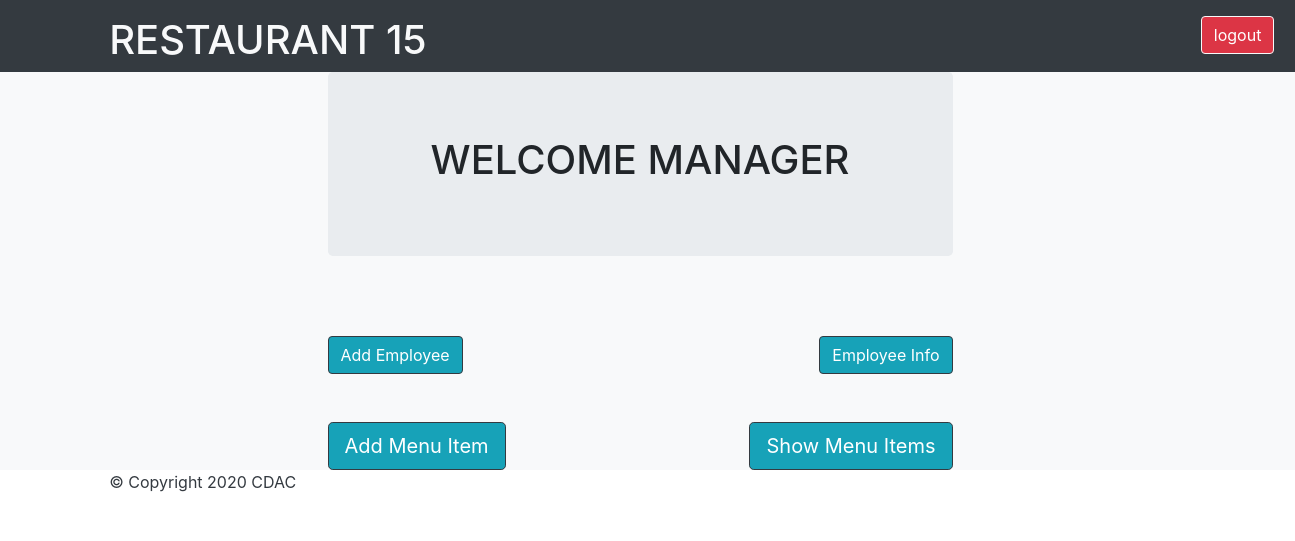
Repository: Pedaxx-IT-solution/E-Waiter-Stuff-
Page: http://localhost/ProjectEwaiter/WEB-INF/views/welcomemgr.jsp
An editor plug-in stored every save of this project. The page is shown before and after the next save, followed by the edit.
The browser window is 1280 px wide. The page is 1295 px wide, so the pictures cover 1295 px, including what lies to the right of the window. The pictures show the whole page.
The page is served by Tomcat 9. Nobody is signed in. The template is opened directly, without the code that normally fills it, so the values that code supplies are empty.

Above is the page before, as saved 2020-01-25 22:57:17.

After the next save:
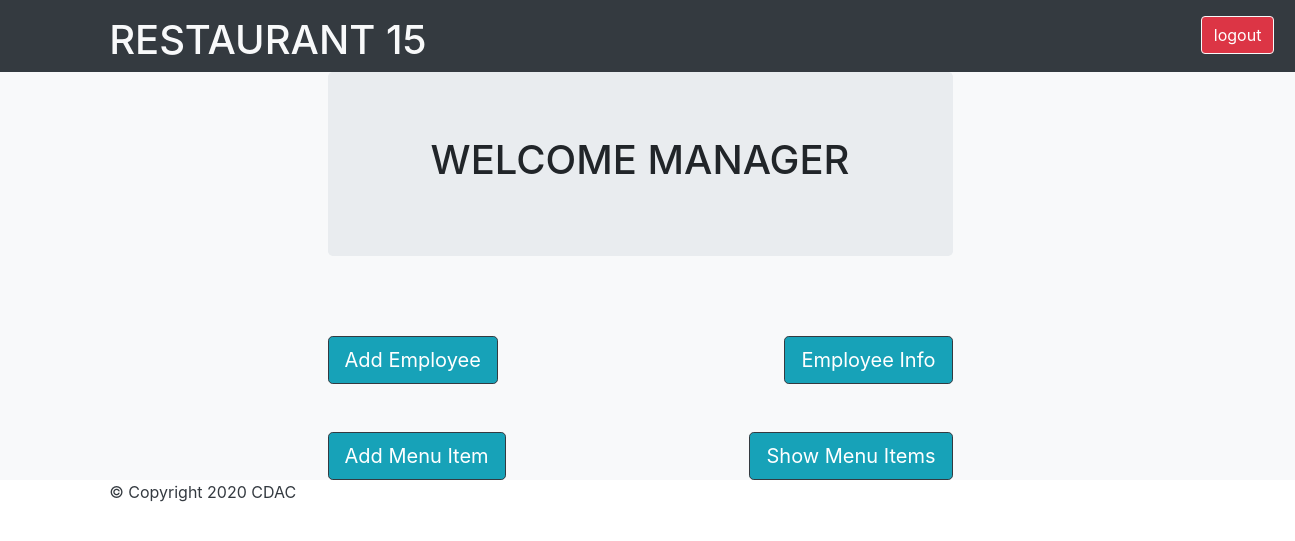
Saved 113 s later.
--- a/MyProject/ProjectEwaiter/src/main/webapp/WEB-INF/views/welcomemgr.jsp
+++ b/MyProject/ProjectEwaiter/src/main/webapp/WEB-INF/views/welcomemgr.jsp
@@ -45,13 +45,13 @@ response.setHeader("Expires", "0");
 			<div class="col-3"></div>
 			<div class="col-3">
 
-					<a href="/user/register" class="mt-5 btn btn-info border-dark" role="button">Add Employee</a>
+					<a href="/user/register" class="mt-5 btn btn-info border-dark btn-lg" role="button">Add Employee</a>
 
 			</div>
 
 			<div class=" col-3 text-right">
 
-					<a href="/user/showemp" class="mt-5 btn btn-info border-dark" role="button">Employee Info</a>
+					<a href="/user/showemp" class="mt-5 btn btn-info border-dark btn-lg" role="button">Employee Info</a>
 			</div>
 			<div class="col-3"></div>
 
